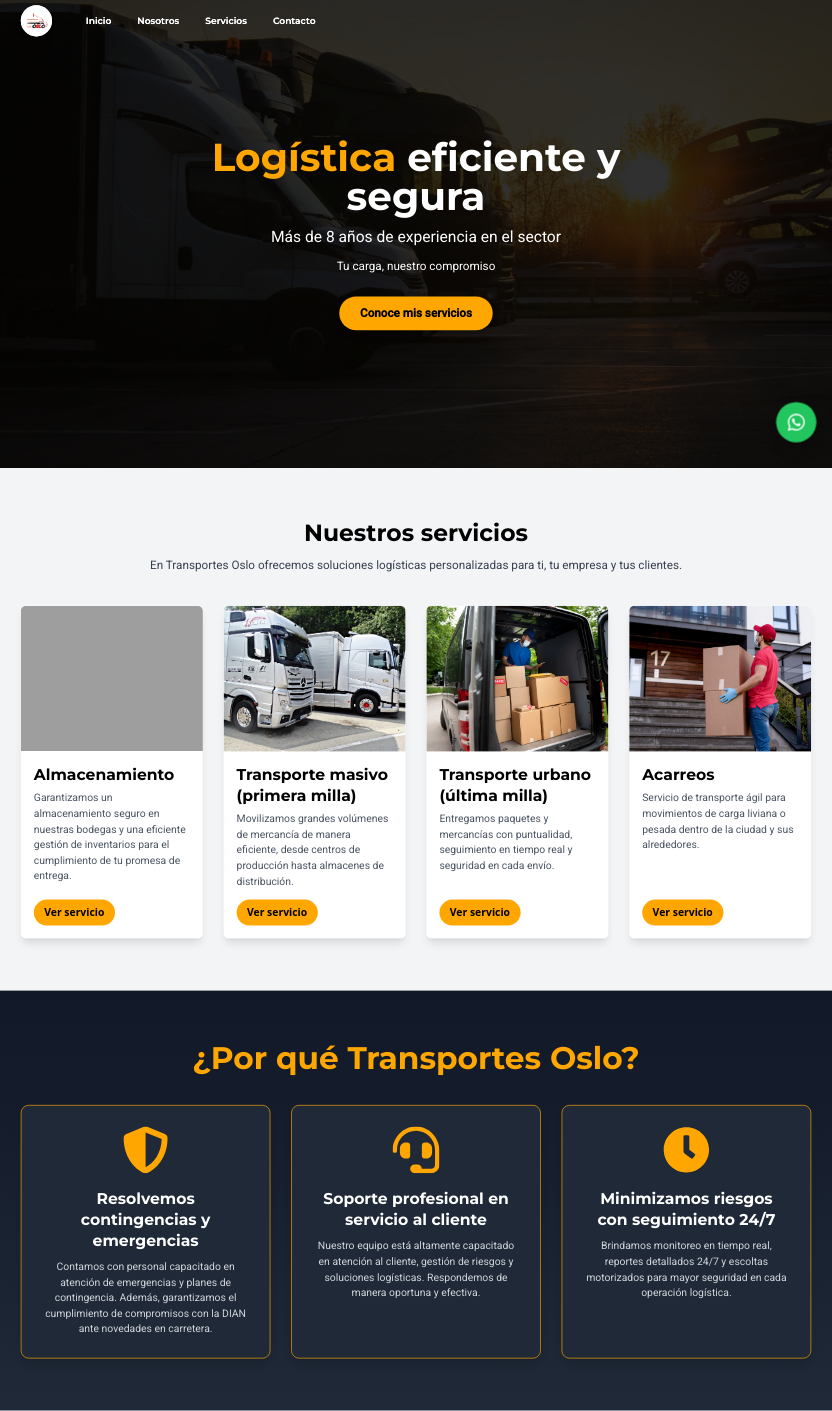
Repository: sazaba/OSLO
Page: /
An editor plug-in stored every save of this project. The page is shown before and after the next save, followed by the edit.
The browser window is 1280 px wide. The pictures show the whole page, at 65% of full size.
Pictures or frames that could not be fetched are drawn as grey boxes. The project was rebuilt for these pictures with package versions that can differ from the ones it lists, and the page was loaded fresh each time. The framework's server and built-in components were replaced by stand-ins that run in the browser. Also part of the build but not shown: next.config.ts.

Above is the page before, as saved 2025-05-19 16:34:55.

### src/app/layout.tsx
import type { Metadata } from "next";
import { Montserrat, Roboto } from "next/font/google";
import "./globals.css";

const montserrat = Montserrat({
  subsets: ["latin"],
  weight: ["600", "700"],
  variable: "--font-montserrat",
});

const roboto = Roboto({
  subsets: ["latin"],
  weight: ["400", "500"],
  variable: "--font-roboto",
});

export const metadata: Metadata = {
  title: "Oslo Transport",
  description: "Logística eficiente y segura",
};

export default function RootLayout({
  children,
}: Readonly<{
  children: React.ReactNode;
}>) {
  return (
    <html lang="es">
      <body className={`${montserrat.variable} ${roboto.variable} antialiased`}>
        {children}
      </body>
    </html>
  );
}

### src/app/page.tsx
import Hero from "./Hero";
import Nav from "./Nav";
import PorQueNosotros from "./PorQueNosotros";
import Servicios from "./Servicios";
import "@/app/globals.css"; // o "@/styles/globals.css"


export default function Home() {
  return (
    <div>
      <Nav />
      <main>
        <section id="top">
          <Hero />
        </section>
        <section id="servicios">
          <Servicios />
        </section>
        <section id="por-que-nosotros">
          <PorQueNosotros />
        </section>
      </main>
    </div>
  );
}

### src/app/globals.css
@tailwind base;
@tailwind components;
@tailwind utilities;

html {
    scroll-behavior: smooth;
}

.font-montserrat {
    font-family: var(--font-montserrat), sans-serif;
}

.font-roboto {
    font-family: var(--font-roboto), sans-serif;
}

### src/app/Hero.tsx
"use client";

import hero from "@/app/images/Hero.webp";
import { FaWhatsapp } from "react-icons/fa";
import Nav from "./Nav";

const Hero = () => {
  return (
    <section
      className="relative bg-cover bg-center min-h-screen flex flex-col items-center justify-center"
      style={{ backgroundImage: `url(${hero.src})` }}
    >
      {/* Navbar Transparente */}
      <div className="absolute top-0 left-0 w-full z-20">
        <Nav />
      </div>

      {/* Capa oscura */}
      <div className="absolute inset-0 bg-black/80"></div>

      {/* Contenido central */}
      <div className="relative z-10 text-center px-6 sm:px-8 md:px-12 max-w-screen-md w-full">
        <h1 className="text-white text-4xl sm:text-4xl md:text-5xl lg:text-6xl font-bold mb-4 font-montserrat leading-tight">
          <span className="text-[#FFA700]">Logística</span> eficiente y segura
        </h1>

        <p className="text-white text-lg sm:text-xl md:text-2xl mb-4 font-roboto">
          Más de 8 años de experiencia en el sector
        </p>
        <p className="text-white text-base sm:text-lg mb-8 font-roboto">
          Tu carga, nuestro compromiso
        </p>

        {/* Botón de servicios */}
        <a
          href="#servicios"
          className="inline-block bg-[#FFA700] text-black font-bold py-3 px-8 rounded-full text-base sm:text-lg font-roboto shadow-lg transition-all duration-300 transform hover:bg-[#CC0000] hover:text-white hover:shadow-xl hover:scale-105"
        >
          Conoce mis servicios
        </a>
      </div>

      {/* Botón flotante de WhatsApp */}
      <a
        href="https://wa.link/biqv3m"
        target="_blank"
        rel="noopener noreferrer"
        className="fixed bottom-6 right-6 bg-green-500 text-white p-4 rounded-full shadow-xl transition-all duration-300 transform hover:scale-110 hover:shadow-2xl animate-bounce z-50"
      >
        <FaWhatsapp className="text-2xl sm:text-3xl" />
      </a>
    </section>
  );
};

export default Hero;

### src/app/PorQueNosotros.tsx
import { FaShieldAlt, FaClock, FaHeadset } from "react-icons/fa";

const PorQueNosotros = () => {
  return (
    <section
      id="por-que-nosotros"
      className="py-16 sm:py-20 bg-gradient-to-b from-gray-900 to-gray-800 text-white"
    >
      <div className="max-w-screen-xl mx-auto px-4 sm:px-6 lg:px-8 text-center">
        <h2 className="text-3xl sm:text-4xl md:text-5xl font-bold mb-10 sm:mb-12 font-montserrat text-[#FFA700]">
          ¿Por qué Transportes Oslo?
        </h2>

        <div className="grid grid-cols-1 sm:grid-cols-2 md:grid-cols-3 gap-6 sm:gap-8">
          {/* Card 1 */}
          <div className="bg-gray-800 p-6 sm:p-8 rounded-xl shadow-lg hover:shadow-2xl transition-transform transform hover:-translate-y-2 duration-300 flex flex-col items-center text-center md:order-1 border border-[#FFA700]">
            <FaShieldAlt className="text-[#FFA700] text-5xl sm:text-6xl md:text-7xl mb-4 sm:mb-6" />
            <h3 className="text-xl sm:text-2xl font-bold mb-3 font-montserrat">
              Resolvemos contingencias y emergencias
            </h3>
            <p className="text-gray-300 text-sm sm:text-base font-roboto">
              Contamos con personal capacitado en atención de emergencias y planes de contingencia.
              Además, garantizamos el cumplimiento de compromisos con la DIAN ante novedades en carretera.
            </p>
          </div>

          {/* Card 2 */}
          <div className="bg-gray-800 p-6 sm:p-8 rounded-xl shadow-lg hover:shadow-2xl transition-transform transform hover:-translate-y-2 duration-300 flex flex-col items-center text-center md:order-3 border border-[#FFA700]">
            <FaClock className="text-[#FFA700] text-5xl sm:text-6xl md:text-7xl mb-4 sm:mb-6" />
            <h3 className="text-xl sm:text-2xl font-bold mb-3 font-montserrat">
              Minimizamos riesgos con seguimiento 24/7
            </h3>
            <p className="text-gray-300 text-sm sm:text-base font-roboto">
              Brindamos monitoreo en tiempo real, reportes detallados 24/7 y escoltas motorizados para
              mayor seguridad en cada operación logística.
            </p>
          </div>

          {/* Card 3 */}
          <div className="bg-gray-800 p-6 sm:p-8 rounded-xl shadow-lg hover:shadow-2xl transition-transform transform hover:-translate-y-2 duration-300 flex flex-col items-center text-center md:order-2 border border-[#FFA700]">
            <FaHeadset className="text-[#FFA700] text-5xl sm:text-6xl md:text-7xl mb-4 sm:mb-6" />
            <h3 className="text-xl sm:text-2xl font-bold mb-3 font-montserrat">
              Soporte profesional en servicio al cliente
            </h3>
            <p className="text-gray-300 text-sm sm:text-base font-roboto">
              Nuestro equipo está altamente capacitado en atención al cliente, gestión de riesgos y
              soluciones logísticas. Respondemos de manera oportuna y efectiva.
            </p>
          </div>
        </div>
      </div>
    </section>
  );
};

export default PorQueNosotros;

### src/app/Servicios.tsx
import Image from "next/image";
import Link from "next/link";
import bodega from "@/app/images/bodega.webp";
import primeramilla from "@/app/images/primeramilla.webp";
import ultimamilla from "@/app/images/ultimamilla.webp";
import acarreo from "@/app/images/acarreo.webp";

const Servicios = () => {
  return (
    <section id="servicios" className="py-16 sm:py-20 bg-gray-100">
      <div className="max-w-screen-xl mx-auto px-4 sm:px-6 lg:px-8">
        <h2 className="text-3xl sm:text-4xl font-bold text-center mb-4 font-montserrat">
          Nuestros servicios
        </h2>
        <p className="text-center text-base sm:text-lg text-gray-700 mb-10 sm:mb-12 font-roboto">
          En Transportes Oslo ofrecemos soluciones logísticas personalizadas para ti, tu empresa y tus clientes.
        </p>

        <div className="grid grid-cols-1 sm:grid-cols-2 lg:grid-cols-4 gap-6 sm:gap-8">
          {/* Card 1: Almacenamiento */}
          <div className="bg-white rounded-lg shadow-lg overflow-hidden flex flex-col">
            <div className="relative h-48 sm:h-56">
              <Image
                src={bodega}
                alt="Almacenamiento"
                fill
                className="object-cover"
              />
            </div>
            <div className="p-5 flex flex-col flex-grow">
              <h3 className="text-xl sm:text-2xl font-bold mb-2 font-montserrat">
                Almacenamiento
              </h3>
              <p className="text-gray-600 mb-4 font-roboto text-sm sm:text-base">
                Garantizamos un almacenamiento seguro en nuestras bodegas y una eficiente gestión de inventarios para el cumplimiento de tu promesa de entrega.
              </p>
              <div className="mt-auto">
                <Link
                  href="/servicios/almacenamiento"
                  className="inline-block bg-[#FFA700] text-black font-bold py-2 px-4 rounded-full transition duration-300 hover:bg-[#CC0000] hover:text-white text-sm sm:text-base"
                >
                  Ver servicio
                </Link>
              </div>
            </div>
          </div>

          {/* Card 2: Primera milla */}
          <div className="bg-white rounded-lg shadow-lg overflow-hidden flex flex-col">
            <div className="relative h-48 sm:h-56">
              <Image
                src={primeramilla}
                alt="Transporte masivo (primera milla)"
                fill
                className="object-cover"
              />
            </div>
            <div className="p-5 flex flex-col flex-grow">
              <h3 className="text-xl sm:text-2xl font-bold mb-2 font-montserrat">
                Transporte masivo (primera milla)
              </h3>
              <p className="text-gray-600 mb-4 font-roboto text-sm sm:text-base">
                Movilizamos grandes volúmenes de mercancía de manera eficiente, desde centros de producción hasta almacenes de distribución.
              </p>
              <div className="mt-auto">
                <Link
                  href="/servicios/transporte-masivo"
                  className="inline-block bg-[#FFA700] text-black font-bold py-2 px-4 rounded-full transition duration-300 hover:bg-[#CC0000] hover:text-white text-sm sm:text-base"
                >
                  Ver servicio
                </Link>
              </div>
            </div>
          </div>

          {/* Card 3: Última milla */}
          <div className="bg-white rounded-lg shadow-lg overflow-hidden flex flex-col">
            <div className="relative h-48 sm:h-56">
              <Image
                src={ultimamilla}
                alt="Transporte urbano (última milla)"
                fill
                className="object-cover"
              />
            </div>
            <div className="p-5 flex flex-col flex-grow">
              <h3 className="text-xl sm:text-2xl font-bold mb-2 font-montserrat">
                Transporte urbano (última milla)
              </h3>
              <p className="text-gray-600 mb-4 font-roboto text-sm sm:text-base">
                Entregamos paquetes y mercancías con puntualidad, seguimiento en tiempo real y seguridad en cada envío.
              </p>
              <div className="mt-auto">
                <Link
                  href="/servicios/transporte-urbano"
                  className="inline-block bg-[#FFA700] text-black font-bold py-2 px-4 rounded-full transition duration-300 hover:bg-[#CC0000] hover:text-white text-sm sm:text-base"
                >
                  Ver servicio
                </Link>
              </div>
            </div>
          </div>

          {/* Card 4: Acarreos */}
          <div className="bg-white rounded-lg shadow-lg overflow-hidden flex flex-col">
            <div className="relative h-48 sm:h-56">
              <Image
                src={acarreo}
                alt="Acarreos"
                fill
                className="object-cover"
              />
            </div>
            <div className="p-5 flex flex-col flex-grow">
              <h3 className="text-xl sm:text-2xl font-bold mb-2 font-montserrat">
                Acarreos
              </h3>
              <p className="text-gray-600 mb-4 font-roboto text-sm sm:text-base">
                Servicio de transporte ágil para movimientos de carga liviana o pesada dentro de la ciudad y sus alrededores.
              </p>
              <div className="mt-auto">
                <Link
                  href="/servicios/acarreos"
                  className="inline-block bg-[#FFA700] text-black font-bold py-2 px-4 rounded-full transition duration-300 hover:bg-[#CC0000] hover:text-white text-sm sm:text-base"
                >
                  Ver servicio
                </Link>
              </div>
            </div>
          </div>
        </div>
      </div>
    </section>
  );
};

export default Servicios;

Loaded but not shown: tailwind.config.js (14 lines, source omitted); src/app/Nav.tsx (150 lines, source omitted)

After the next save:
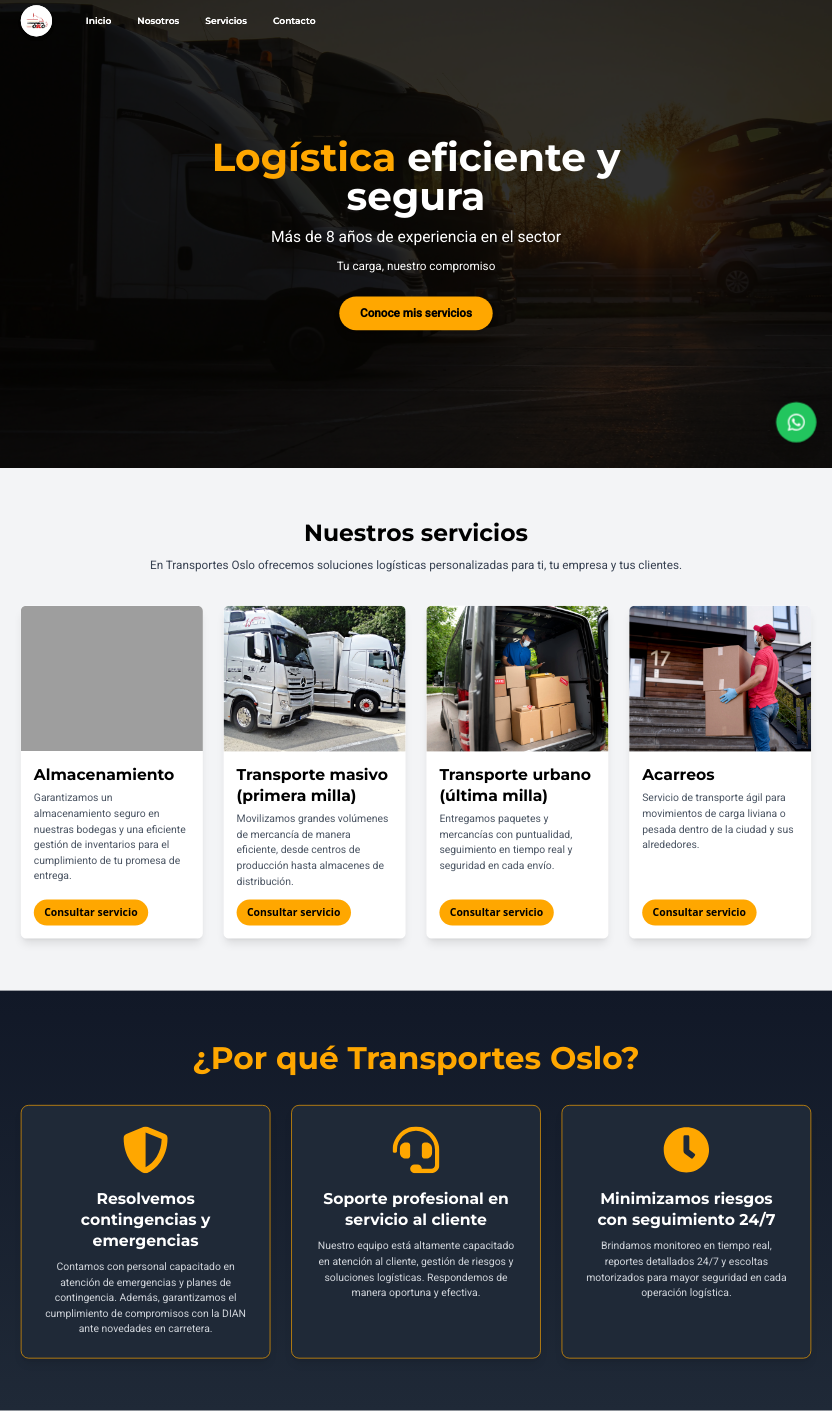
Saved 2 min 1 s later.
--- a/src/app/Servicios.tsx
+++ b/src/app/Servicios.tsx
@@ -1,11 +1,13 @@
 import Image from "next/image";
-import Link from "next/link";
 import bodega from "@/app/images/bodega.webp";
 import primeramilla from "@/app/images/primeramilla.webp";
 import ultimamilla from "@/app/images/ultimamilla.webp";
 import acarreo from "@/app/images/acarreo.webp";
 
 const Servicios = () => {
+  const whatsappLink =
+    "https://api.whatsapp.com/send?phone=573015207556&text=Hola%2C%20estoy%20interesado%20en%20sus%20servicios!";
+
   return (
     <section id="servicios" className="py-16 sm:py-20 bg-gray-100">
       <div className="max-w-screen-xl mx-auto px-4 sm:px-6 lg:px-8">
@@ -17,114 +19,94 @@
         </p>
 
         <div className="grid grid-cols-1 sm:grid-cols-2 lg:grid-cols-4 gap-6 sm:gap-8">
-          {/* Card 1: Almacenamiento */}
+          {/* Card 1 */}
           <div className="bg-white rounded-lg shadow-lg overflow-hidden flex flex-col">
             <div className="relative h-48 sm:h-56">
-              <Image
-                src={bodega}
-                alt="Almacenamiento"
-                fill
-                className="object-cover"
-              />
+              <Image src={bodega} alt="Almacenamiento" fill className="object-cover" />
             </div>
             <div className="p-5 flex flex-col flex-grow">
-              <h3 className="text-xl sm:text-2xl font-bold mb-2 font-montserrat">
-                Almacenamiento
-              </h3>
+              <h3 className="text-xl sm:text-2xl font-bold mb-2 font-montserrat">Almacenamiento</h3>
               <p className="text-gray-600 mb-4 font-roboto text-sm sm:text-base">
                 Garantizamos un almacenamiento seguro en nuestras bodegas y una eficiente gestión de inventarios para el cumplimiento de tu promesa de entrega.
               </p>
               <div className="mt-auto">
-                <Link
-                  href="/servicios/almacenamiento"
+                <a
+                  href={whatsappLink}
+                  target="_blank"
+                  rel="noopener noreferrer"
                   className="inline-block bg-[#FFA700] text-black font-bold py-2 px-4 rounded-full transition duration-300 hover:bg-[#CC0000] hover:text-white text-sm sm:text-base"
                 >
-                  Ver servicio
-                </Link>
+                  Consultar servicio
+                </a>
               </div>
             </div>
           </div>
 
-          {/* Card 2: Primera milla */}
+          {/* Card 2 */}
           <div className="bg-white rounded-lg shadow-lg overflow-hidden flex flex-col">
             <div className="relative h-48 sm:h-56">
-              <Image
-                src={primeramilla}
-                alt="Transporte masivo (primera milla)"
-                fill
-                className="object-cover"
-              />
+              <Image src={primeramilla} alt="Primera milla" fill className="object-cover" />
             </div>
             <div className="p-5 flex flex-col flex-grow">
-              <h3 className="text-xl sm:text-2xl font-bold mb-2 font-montserrat">
-                Transporte masivo (primera milla)
-              </h3>
+              <h3 className="text-xl sm:text-2xl font-bold mb-2 font-montserrat">Transporte masivo (primera milla)</h3>
               <p className="text-gray-600 mb-4 font-roboto text-sm sm:text-base">
                 Movilizamos grandes volúmenes de mercancía de manera eficiente, desde centros de producción hasta almacenes de distribución.
               </p>
               <div className="mt-auto">
-                <Link
-                  href="/servicios/transporte-masivo"
+                <a
+                  href={whatsappLink}
+                  target="_blank"
+                  rel="noopener noreferrer"
                   className="inline-block bg-[#FFA700] text-black font-bold py-2 px-4 rounded-full transition duration-300 hover:bg-[#CC0000] hover:text-white text-sm sm:text-base"
                 >
-                  Ver servicio
-                </Link>
+                  Consultar servicio
+                </a>
               </div>
             </div>
           </div>
 
-          {/* Card 3: Última milla */}
+          {/* Card 3 */}
           <div className="bg-white rounded-lg shadow-lg overflow-hidden flex flex-col">
             <div className="relative h-48 sm:h-56">
-              <Image
-                src={ultimamilla}
-                alt="Transporte urbano (última milla)"
-                fill
-                className="object-cover"
-              />
+              <Image src={ultimamilla} alt="Última milla" fill className="object-cover" />
             </div>
             <div className="p-5 flex flex-col flex-grow">
-              <h3 className="text-xl sm:text-2xl font-bold mb-2 font-montserrat">
-                Transporte urbano (última milla)
-              </h3>
+              <h3 className="text-xl sm:text-2xl font-bold mb-2 font-montserrat">Transporte urbano (última milla)</h3>
               <p className="text-gray-600 mb-4 font-roboto text-sm sm:text-base">
                 Entregamos paquetes y mercancías con puntualidad, seguimiento en tiempo real y seguridad en cada envío.
               </p>
               <div className="mt-auto">
-                <Link
-                  href="/servicios/transporte-urbano"
+                <a
+                  href={whatsappLink}
+                  target="_blank"
+                  rel="noopener noreferrer"
                   className="inline-block bg-[#FFA700] text-black font-bold py-2 px-4 rounded-full transition duration-300 hover:bg-[#CC0000] hover:text-white text-sm sm:text-base"
                 >
-                  Ver servicio
-                </Link>
+                  Consultar servicio
+                </a>
               </div>
             </div>
           </div>
 
-          {/* Card 4: Acarreos */}
+          {/* Card 4 */}
           <div className="bg-white rounded-lg shadow-lg overflow-hidden flex flex-col">
             <div className="relative h-48 sm:h-56">
-              <Image
-                src={acarreo}
-                alt="Acarreos"
-                fill
-                className="object-cover"
-              />
+              <Image src={acarreo} alt="Acarreos" fill className="object-cover" />
             </div>
             <div className="p-5 flex flex-col flex-grow">
-              <h3 className="text-xl sm:text-2xl font-bold mb-2 font-montserrat">
-                Acarreos
-              </h3>
+              <h3 className="text-xl sm:text-2xl font-bold mb-2 font-montserrat">Acarreos</h3>
               <p className="text-gray-600 mb-4 font-roboto text-sm sm:text-base">
                 Servicio de transporte ágil para movimientos de carga liviana o pesada dentro de la ciudad y sus alrededores.
               </p>
               <div className="mt-auto">
-                <Link
-                  href="/servicios/acarreos"
+                <a
+                  href={whatsappLink}
+                  target="_blank"
+                  rel="noopener noreferrer"
                   className="inline-block bg-[#FFA700] text-black font-bold py-2 px-4 rounded-full transition duration-300 hover:bg-[#CC0000] hover:text-white text-sm sm:text-base"
                 >
-                  Ver servicio
-                </Link>
+                  Consultar servicio
+                </a>
               </div>
             </div>
           </div>
